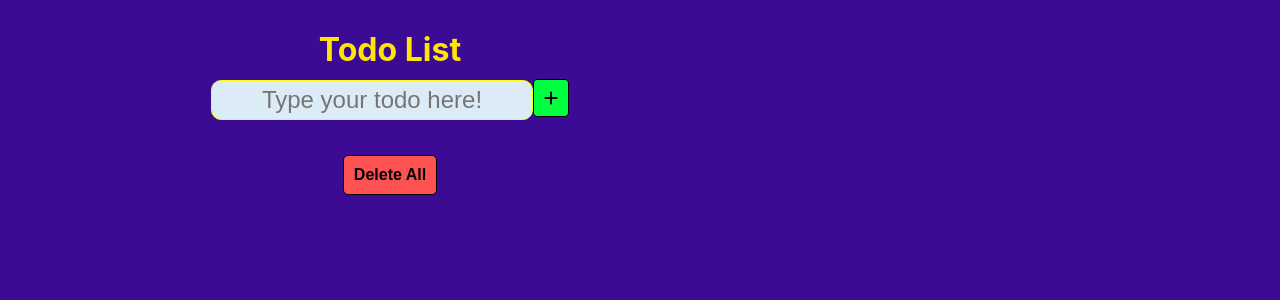
Repository: badhon252/todo-app
Page: /
The author's editor kept a copy of each file at every save. The page is drawn from the files as they stood at one save, then again after the next save.
The browser window is 1280 px wide. The pictures show the whole page.
The project was rebuilt for these pictures with package versions that can differ from the ones it lists, and the page was loaded fresh each time.

Above is the page before, as saved 2022-01-26 16:50:13.

After the next save:
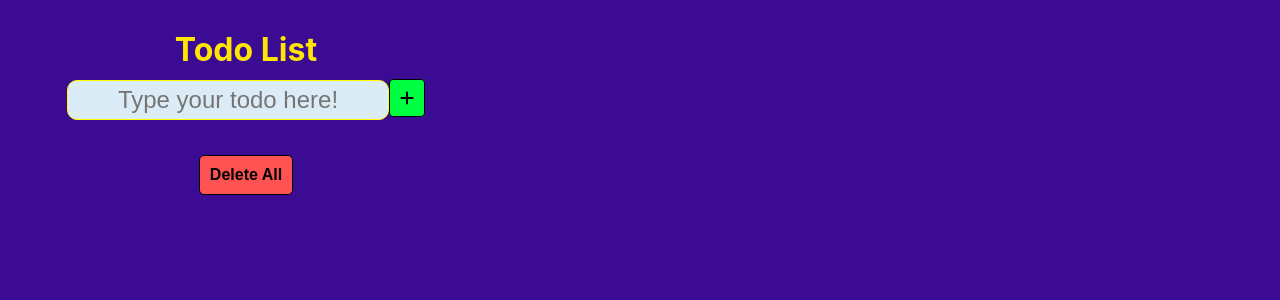
Saved 90 s later.
--- a/src/Styles/style.css
+++ b/src/Styles/style.css
@@ -7,7 +7,7 @@
 .main-div {
   margin: 30px;
   text-align: center;
-  width: 45rem;
+  width: 27rem;
 }
 h1 {
   color: #ffe600;
